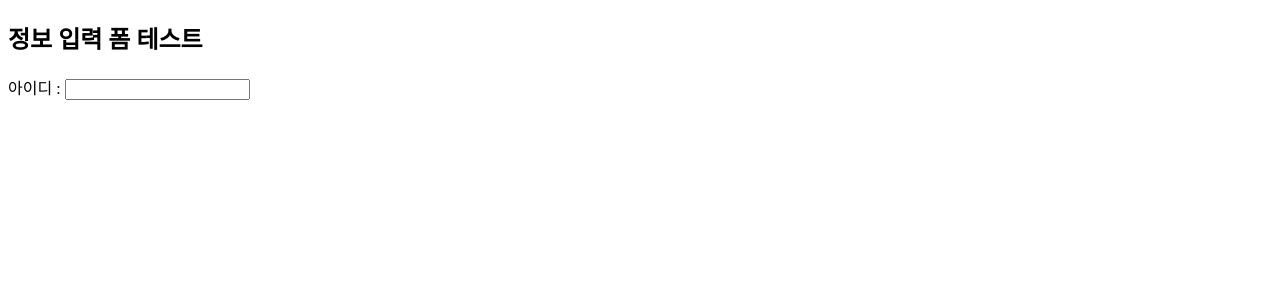
Repository: matodale/StudyJSP
Page: http://localhost/StudyJSP/ch12/sessionTestForm.jsp
An editor plug-in stored every save of this project. The page is shown before and after the next save, followed by the edit.
The browser window is 1280 px wide. The pictures show the whole page.
The page is served by Tomcat 9.

Above is the page before, as saved 2022-12-23 11:18:10.

After the next save:
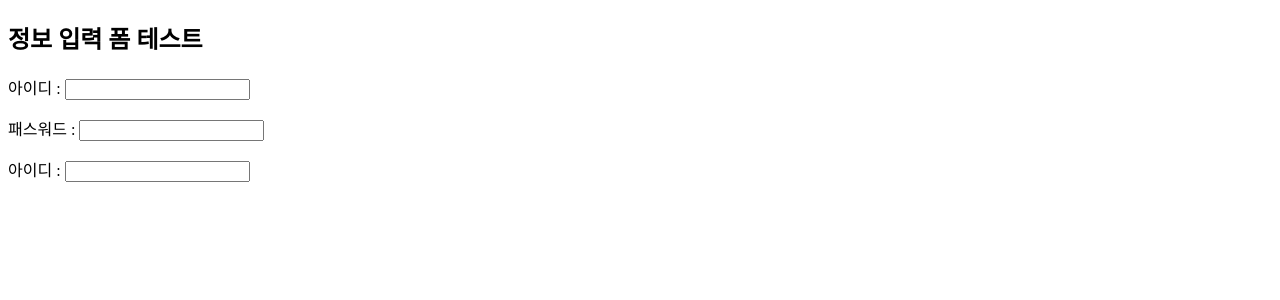
Saved 26 s later.
--- a/StudyJSP/src/main/webapp/ch12/sessionTestForm.jsp
+++ b/StudyJSP/src/main/webapp/ch12/sessionTestForm.jsp
@@ -10,6 +10,8 @@
 	<h2>정보 입력 폼 테스트</h2>
 	<form method="post" action="sessionTestPro.jsp">
 		<p>아이디 : <input type="text" name="id" maxlength="50"></p>
+		<p>패스워드 : <input type="password" name="passwd" maxlength="50"></p>
+		<p>아이디 : <input type="text" name="id" maxlength="50"></p>
 	</form>
 </body>
 </html>

After the save that followed:
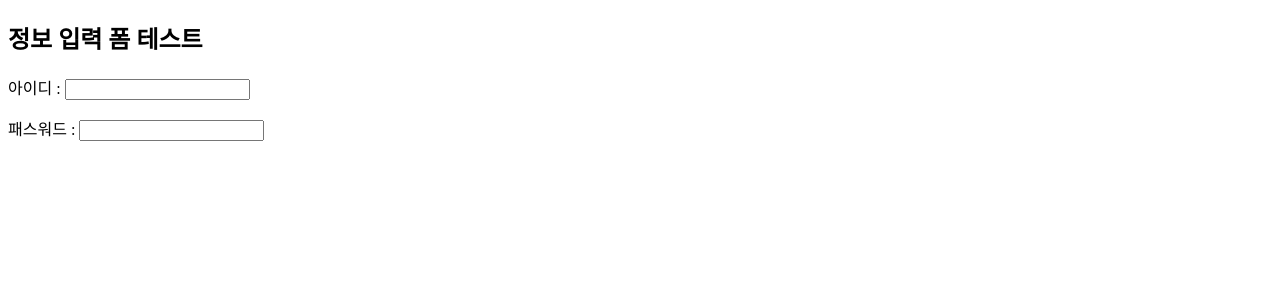
Saved 11 s later.
--- a/StudyJSP/src/main/webapp/ch12/sessionTestForm.jsp
+++ b/StudyJSP/src/main/webapp/ch12/sessionTestForm.jsp
@@ -10,8 +10,8 @@
 	<h2>정보 입력 폼 테스트</h2>
 	<form method="post" action="sessionTestPro.jsp">
 		<p>아이디 : <input type="text" name="id" maxlength="50"></p>
-		<p>패스워드 : <input type="password" name="passwd" maxlength="50"></p>
-		<p>아이디 : <input type="text" name="id" maxlength="50"></p>
+		<p>패스워드 : <input type="password" name="passwd" maxlength="16"></p>
+
 	</form>
 </body>
 </html>
